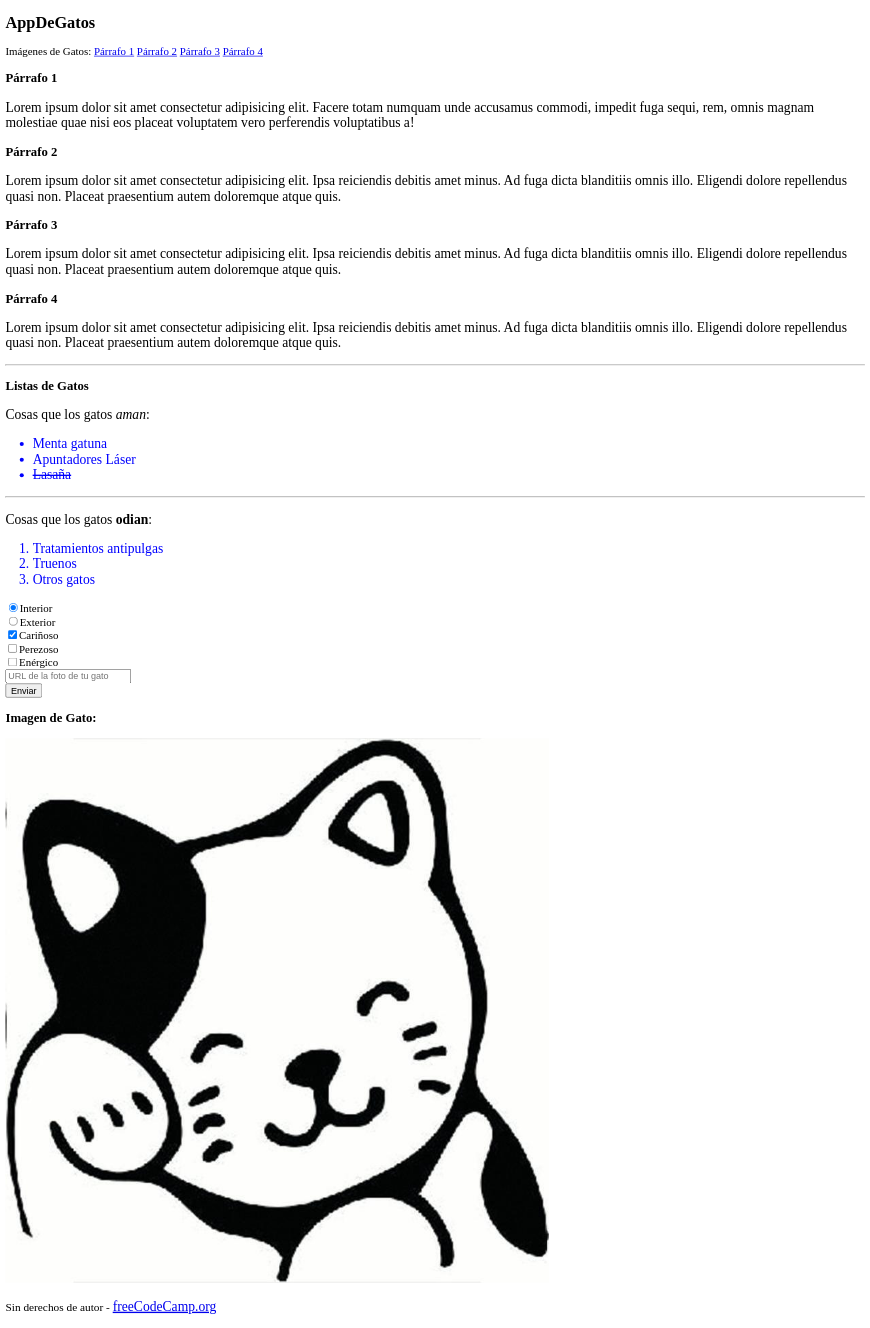
Repository: pedro-donoso/curso-html---css
Page: index.html
These files come from the project's save history. The page is drawn as it stood at one moment and after the next save; the edit follows.
The browser window is 1280 px wide. The pictures show the whole page, at 68% of full size.

Above is the page before, as saved 2023-11-14 01:41:52.

After the next save:
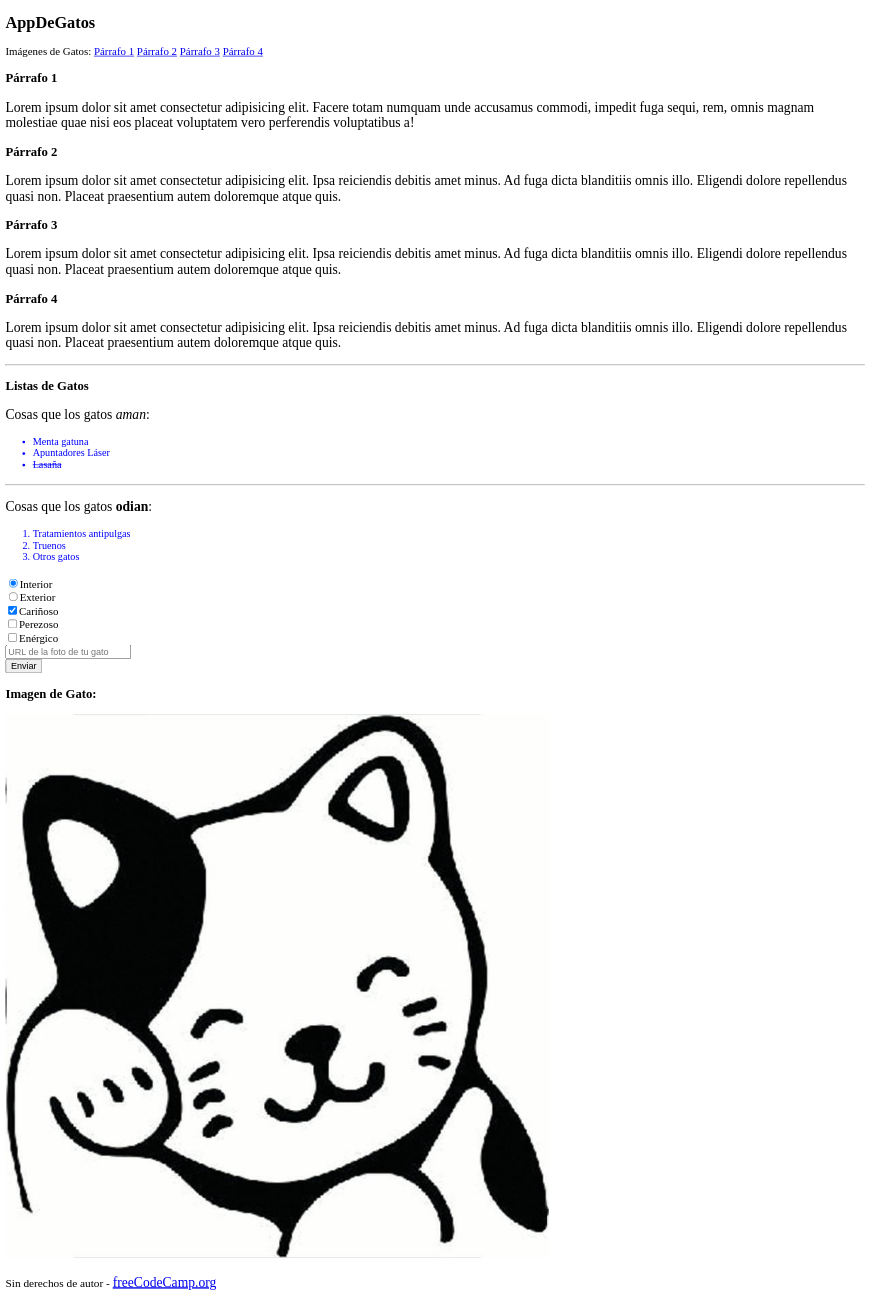
Saved 7 s later.
--- a/style.css
+++ b/style.css
@@ -10,5 +10,5 @@
 
 li {
   color: blue;
-  font-size
+  font-size: 15px;
 }
